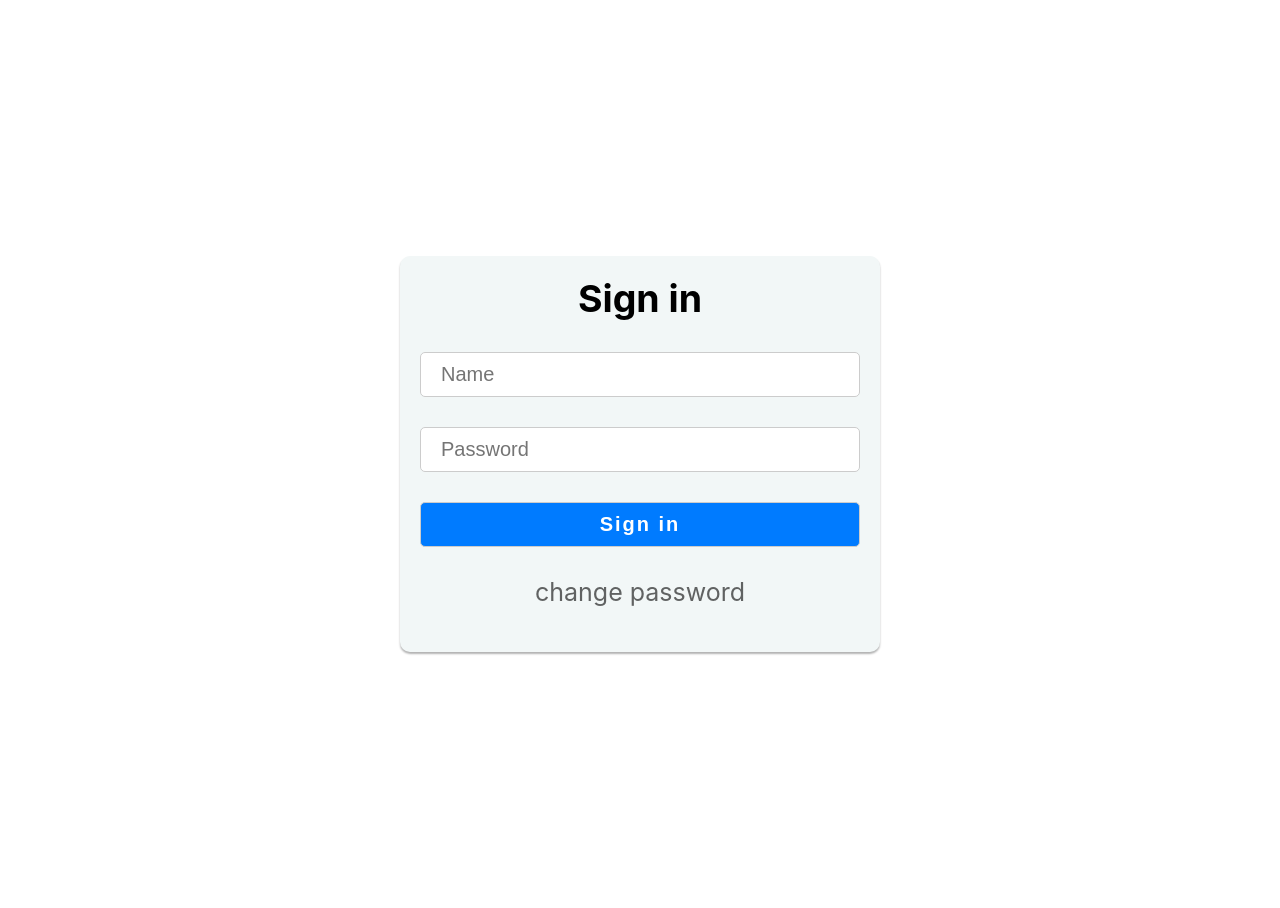
Repository: superHotBob/admin_nftillion
Page: /
These files come from the project's save history. The page is drawn as it stood at one moment and after the next save; the edit follows.
The browser window is 1280 px wide. The pictures show the whole page.
The project was rebuilt for these pictures with package versions that can differ from the ones it lists, and the page was loaded fresh each time. Also part of the build but not shown: src/components/NavPanel/styles.scss, src/components/NavPanel/index.js, src/components/Users/index.js, src/components/Collections/index.js, src/components/Preminted/styles.scss, src/components/Preminted/index.js, src/components/CreateCollection/styles.scss, src/components/CreateCollection/index.js.

Above is the page before, as saved 2022-04-27 09:18:41.

After the next save:
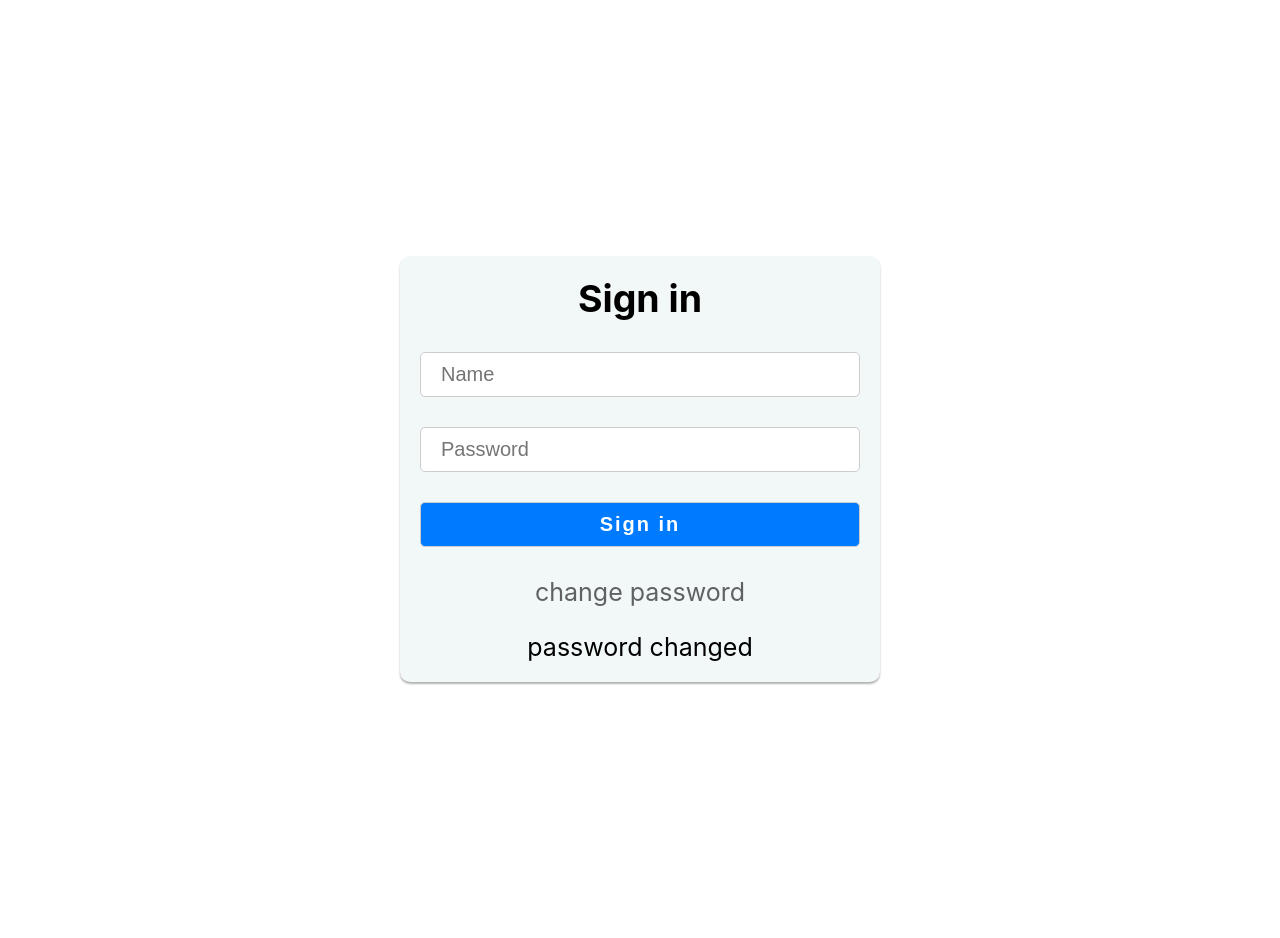
Saved 79 s later.
--- a/src/components/Login/index.js
+++ b/src/components/Login/index.js
@@ -89,6 +89,10 @@ export const LogIn = () => {
         </button>
         {!viewNewPassword && <p onClick={ChangePassword}>change password</p>}
       </form>
+      <div className="change_password">
+        password changed
+
+      </div>
     </div>
   );
 };
